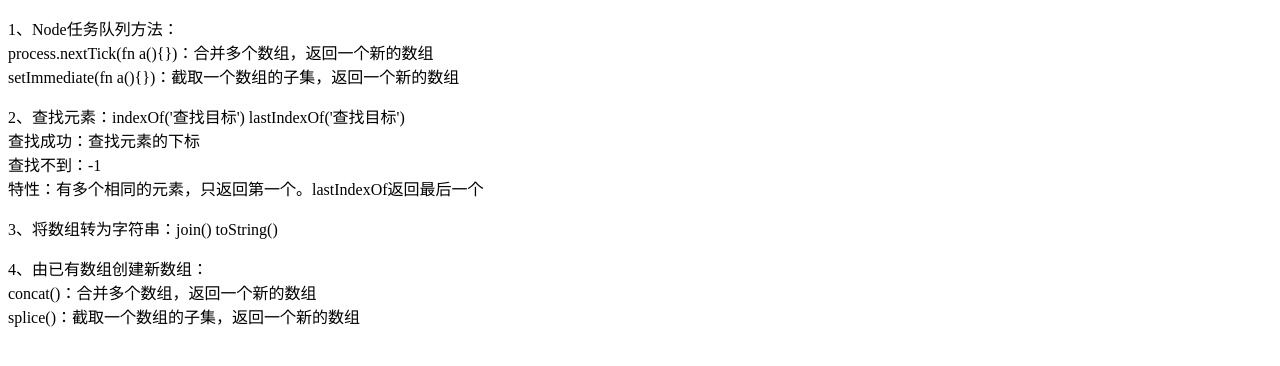
Repository: 15878162243/nodejsNote
Page: node方法.html
An editor plug-in stored every save of this project. The page is shown before and after the next save, followed by the edit.
The browser window is 1280 px wide. The pictures show the whole page.

Above is the page before, as saved 2022-09-25 15:39:41.

After the next save:
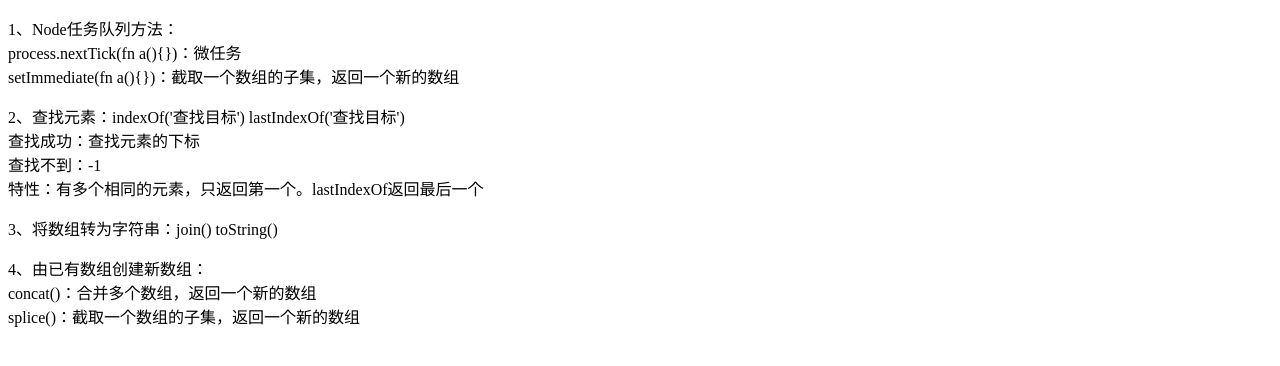
Saved 39 s later.
--- a/node方法.html
+++ b/node方法.html
@@ -7,7 +7,7 @@
 	<body>
 
 		<p>1、Node任务队列方法：<br />
-			process.nextTick(fn a(){})：合并多个数组，返回一个新的数组<br />
+			process.nextTick(fn a(){})：微任务<br />
 			setImmediate(fn a(){})：截取一个数组的子集，返回一个新的数组<br />
 		</p>
 		<script>
